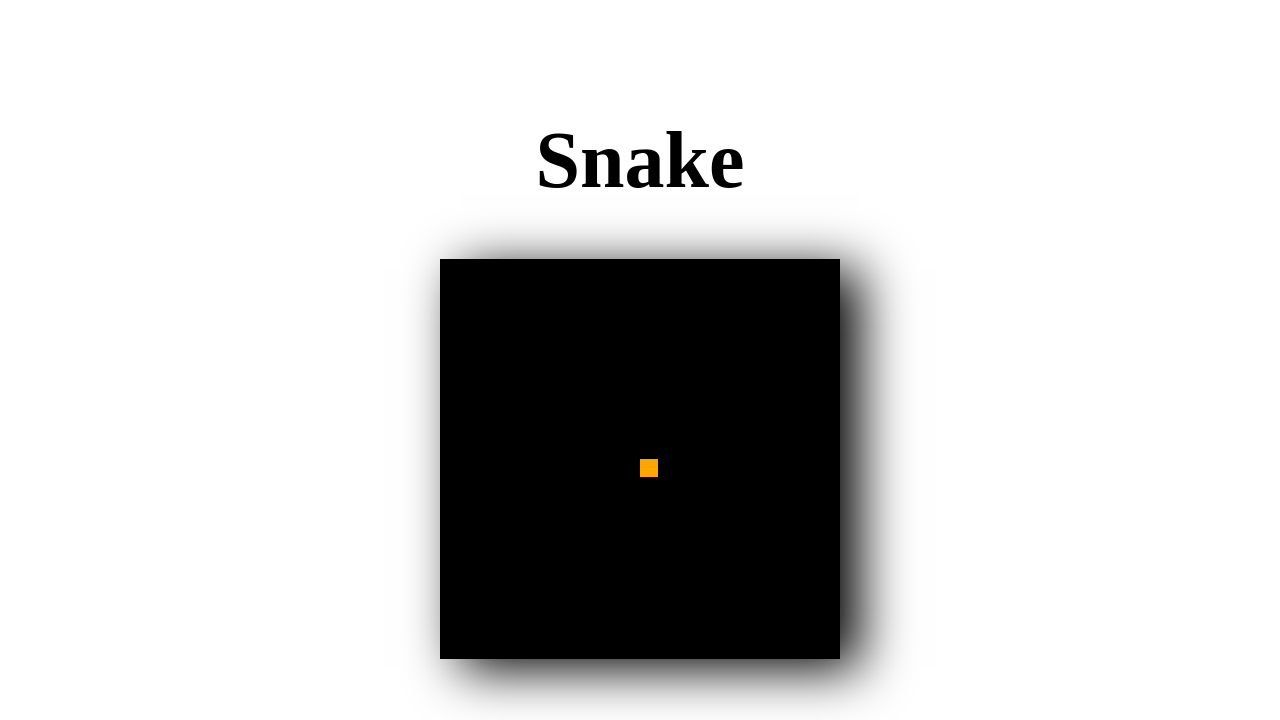
Repository: Ellisvelandia/snake
Page: index.html
An editor plug-in stored every save of this project. The page is shown before and after the next save, followed by the edit.
The browser window is 1280 px wide. The pictures show the whole page.

Above is the page before, as saved 2022-08-26 23:33:07.

### index.html
<!DOCTYPE html>
<html lang="en">
  <head>
    <meta charset="UTF-8" />
    <meta http-equiv="X-UA-Compatible" content="IE=edge" />
    <meta name="viewport" content="width=device-width, initial-scale=1.0" />
    <link rel="stylesheet" href="style.css" />
    <title>Snake</title>
  </head>
  <body>
    <h1>Snake</h1>

    <canvas id="game" width="400" height="400"></canvas>
    <script src="index.js"></script>
  </body>
</html>

### style.css
body {
  margin: 0;
  padding: 0;
  display: flex;
  flex-direction: column;
  justify-content: center;
  align-items: center;
  max-width: 100%;
  height: 100vh;
}

h1 {
  font-size: 5rem;
}
canvas {
  box-shadow: #000 20px 10px 50px;
}

### index.js
const canvas = document.getElementById("game");
const ctx = canvas.getContext("2d");

let speed = 7;

let tileCount = 20;
let tileSize = canvas.width / tileCount - 2;
let headX = 10;
let headY = 10;

let xVelocity = 0;
let yVelocity = 0;

// game  loop

function drawGame() {
  clearScreen();
  changeSnakePosition();
  drawSnake();
  setTimeout(drawGame, 1000 / speed);
}

function clearScreen() {
  ctx.fillStyle = "#000";
  ctx.fillRect(0, 0, canvas.width, canvas.height);
}

function drawSnake() {
  ctx.fillStyle = "#ffa500	";
  ctx.fillRect(headX * tileCount, headY * tileCount, tileSize, tileSize);
}

function changeSnakePosition() {
  headX = headX + xVelocity;
  headY = headY + yVelocity;
}

document.body.addEventListener("keydown", keyDown);

function keyDown(event) {
  // up
  if (event.keyCode == 38) {
    yVelocity = -1;
    xVelocity = 0;
  }

  // down
  if (event.keyCode == 38) {
    xVelocity = -1;
    yVelocity = 0;
  }
}

drawGame();

After the next save:
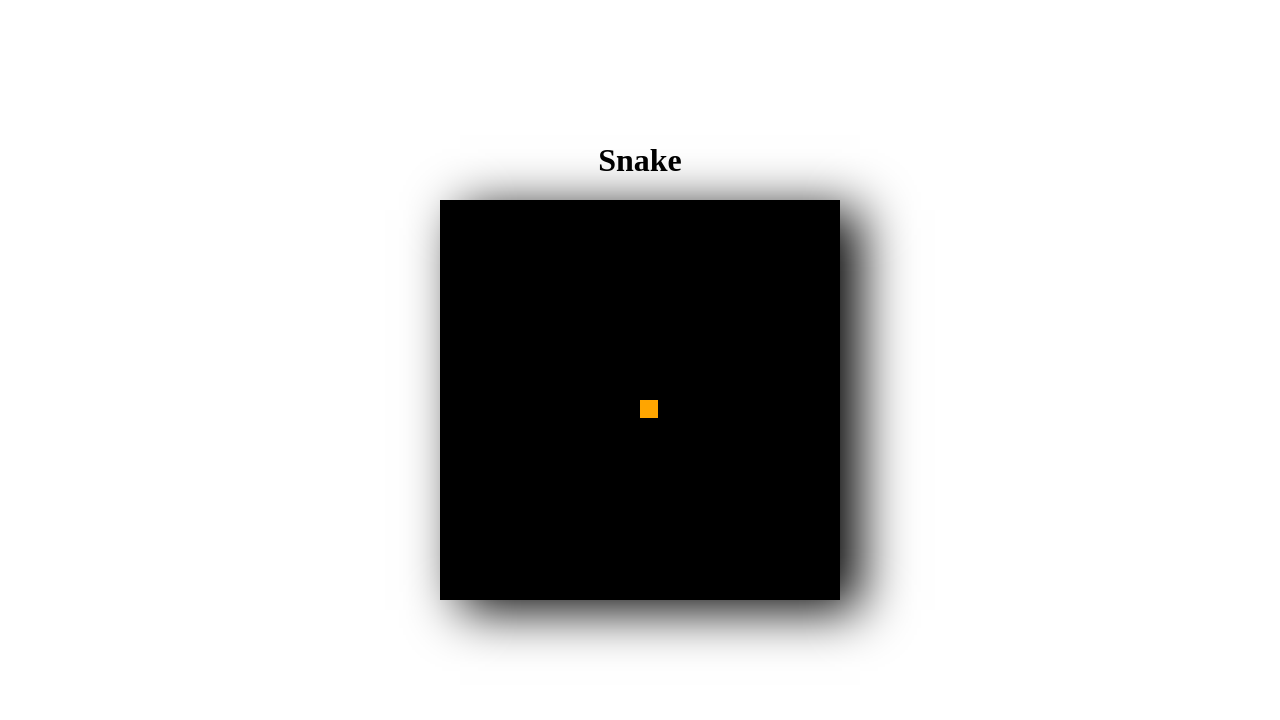
Saved 23 s later.
--- a/style.css
+++ b/style.css
@@ -10,7 +10,7 @@
 }
 
 h1 {
-  font-size: 5rem;
+  font-size: 2rem;
 }
 canvas {
   box-shadow: #000 20px 10px 50px;

After the 2 saves that followed:
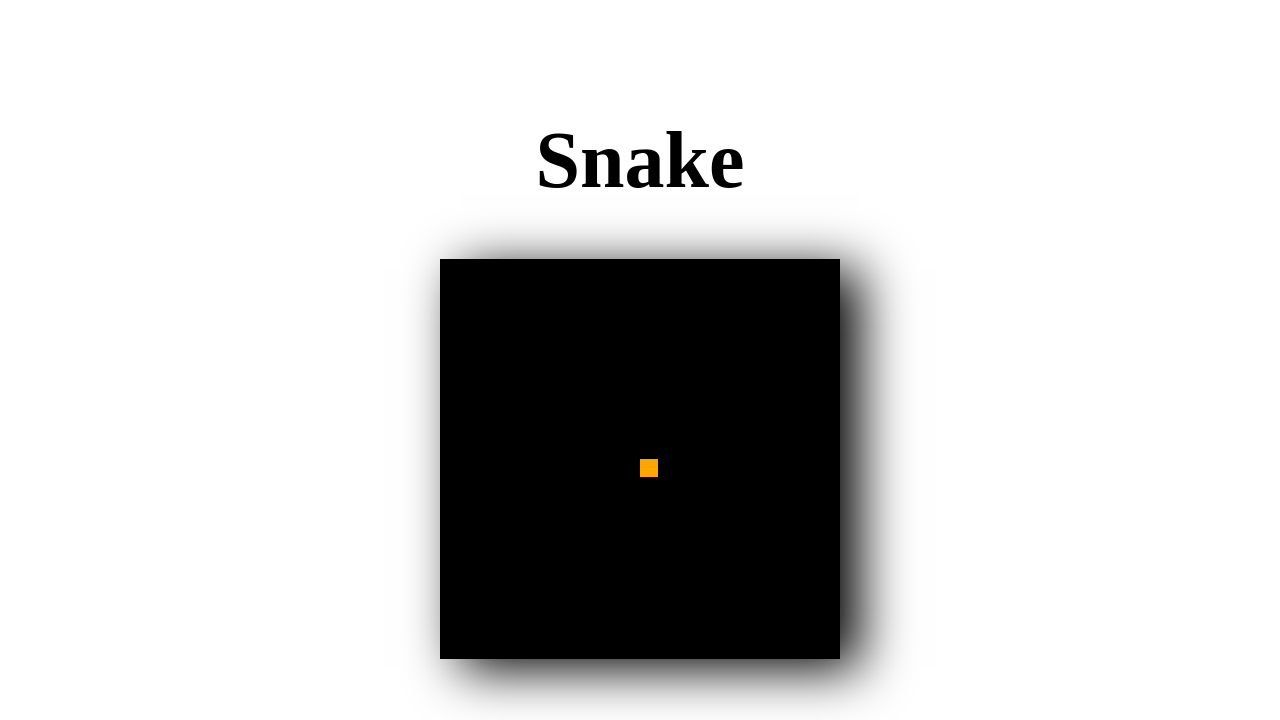
The 2 saves are shown as one change because they came seconds apart.
The last was saved 7 s later.
--- a/style.css
+++ b/style.css
@@ -10,7 +10,8 @@
 }
 
 h1 {
-  font-size: 2rem;
+  font-size: 5rem;
+  margin
 }
 canvas {
   box-shadow: #000 20px 10px 50px;
